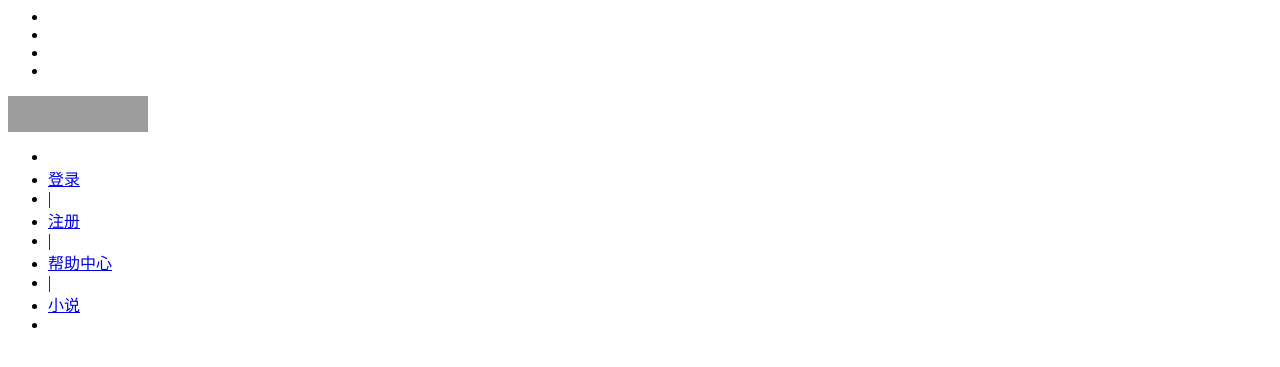
Repository: qihuitoday/IPP
Page: http://localhost/IPWeb/page/common/header.jsp
An editor plug-in stored every save of this project. The page is shown before and after the next save, followed by the edit.
The browser window is 1280 px wide. The pictures show the whole page.
Pictures or frames that could not be fetched are drawn as grey boxes. The page is served by Tomcat 9. Nobody is signed in. The application's start-up code is not run.

Above is the page before, as saved 2015-12-08 14:31:45.
Console error: ReferenceError: $ is not defined

After the next save:
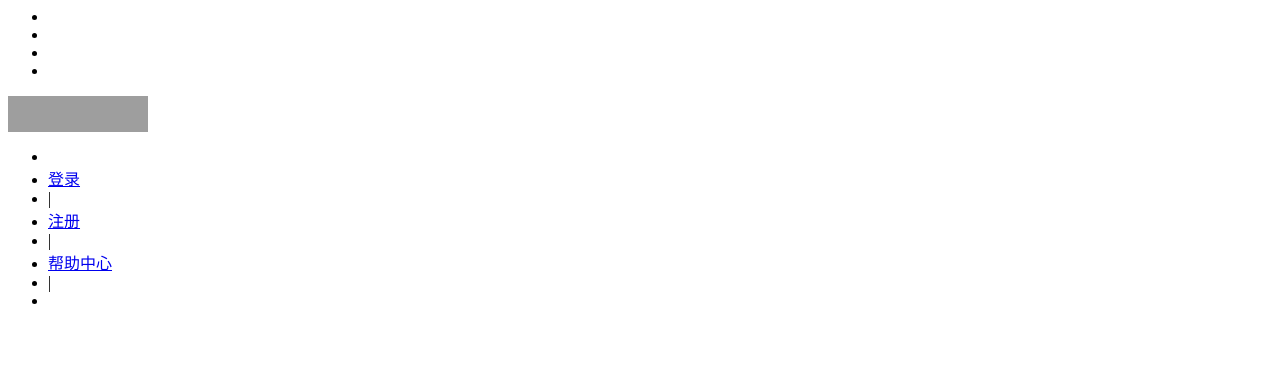
Saved 57 s later.
--- a/trunk/IPP/IPWeb/WebContent/page/common/header.jsp
+++ b/trunk/IPP/IPWeb/WebContent/page/common/header.jsp
@@ -19,7 +19,6 @@
 	  		<li>| </li>
 	  		<li><a id="btnHelp" href="#">帮助中心</a></li>
 	  		<li>| </li>
-	  		<li><a id="btnNovel" href="#">小说</a></li>
 	  		<li class=right></li>
 	  	</ul>
 		<ul style="display: none" id=liLogout>
